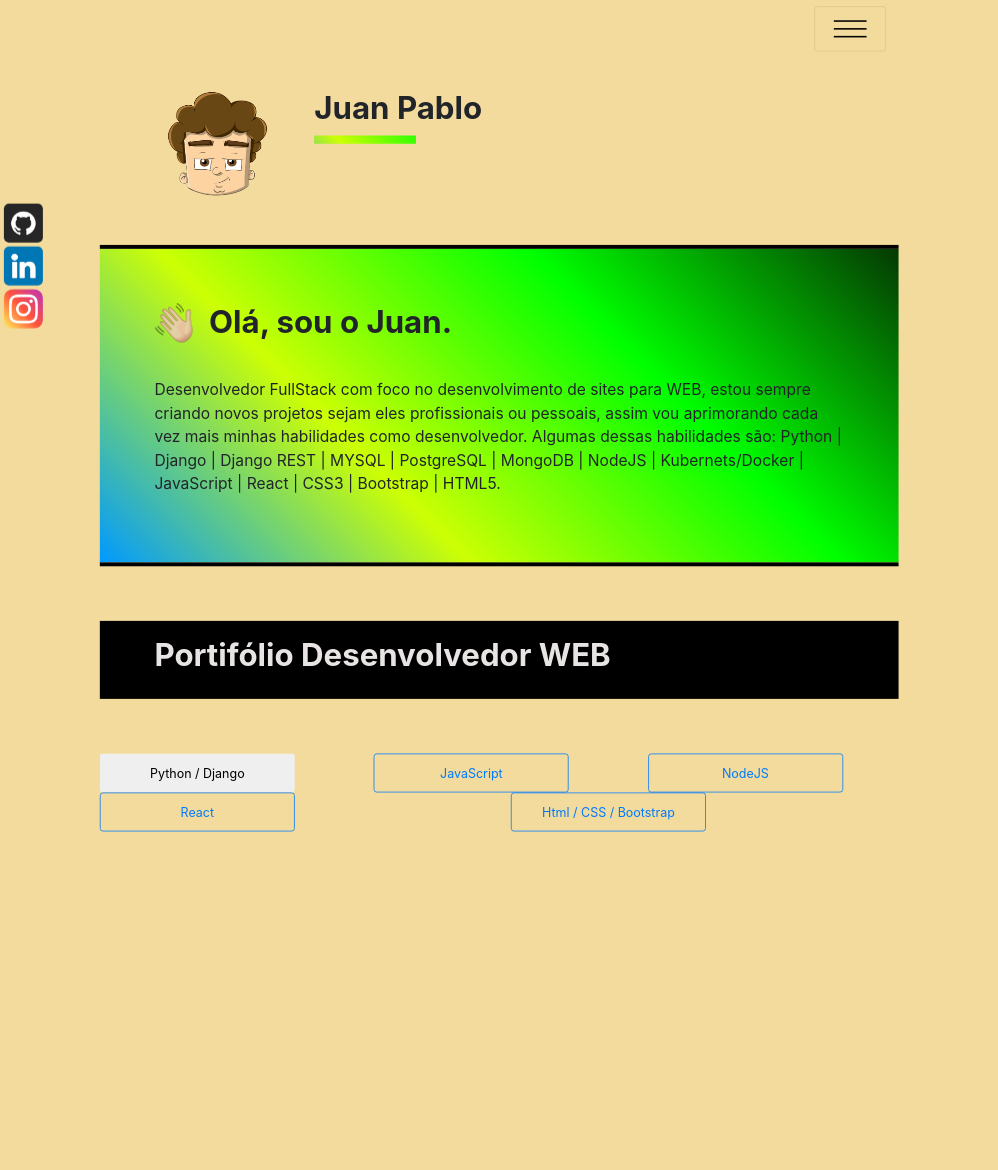
Repository: JuanPabloDS/portifolio
Page: http://localhost/
These files come from the project's save history. The page is drawn as it stood at one moment and after the next save; the edit follows.
The browser window is 1280 px wide. The pictures show the whole page, at 78% of full size.
The page is served by the project's application, run on Django 4.2 (manage.py). Other server files are loaded and not shown.

Above is the page before, as saved 2023-02-23 11:03:14.

### core/templates/index.html
{% extends 'base.html' %}

{% block content %}

{% include 'perfil.html' %}

{% include 'apresentacao.html' %}

{% include 'developer.html' %}

{% include 'footer.html' %}

{% endblock %}

### core/templates/base.html
{% load static %}
<!DOCTYPE html>
<html lang="pt-br">

    <head>
        <!-- Required meta tags -->
        <meta charset="UTF-8">
        <meta http-equiv="X-UA-Compatible" content="IE=edge">
        <meta name="viewport" content="width=device-width, initial-scale=1.0">
        <title>Portifólio</title>

        <!-- Bootstrap CSS -->
        <link rel="stylesheet" href="{% static 'css/bootstrap.min.css' %}">
        <link rel="stylesheet" href="{% static 'css/style.css' %}">


    </head>

    <body>
        <div class="pos-f-t">
            <nav class="navbar navbar-light menu">
              <button class="navbar-toggler" type="button" data-toggle="collapse" data-target="#navbarToggleExternalContent" aria-controls="navbarToggleExternalContent" aria-expanded="false" aria-label="Toggle navigation">
                <div class="burger"><i></i><i></i><i></i></div>
              </button>
            </nav>
            <div class="collapse" id="navbarToggleExternalContent">
              <div class="bg-dark p-4">
                <div class="menu-itens">
                  <h1>HOME</h1>
                </div>
                <div class="menu-itens">
                  <h1>HOME</h1>
                </div>
                <div class="menu-itens">
                  <h1>HOME</h1>
                </div>
                <div class="menu-itens">
                  <h1>HOME</h1>
                </div>
              </div>
            </div>
          </div>
{% block content %}
{% endblock %}

### core/templates/perfil.html
{% load static %}
<div class="perfil">
    <img src="{% static '/img/perfil/eu.png' %}" alt="">
    <div class="borda">
        <h1>Juan Pablo</h1>
    </div>
</div>

### core/templates/apresentacao.html
{% load static %}
<div class="apresentacao">
    <div class="texto">
        <div>
            <img src="{% static '/img/icons/acenar.png' %}" alt="">
            <h1>Olá, sou o Juan.</h1>
        </div>
        <div class="paragrafo">
            <p>Desenvolvedor FullStack com foco no desenvolvimento de sites para WEB, estou sempre criando
            novos projetos sejam eles profissionais ou pessoais, assim vou aprimorando cada vez
            mais minhas habilidades como desenvolvedor. Algumas dessas habilidades são:
            Python | Django | Django REST | MYSQL | PostgreSQL | MongoDB | NodeJS | Kubernets/Docker |
            JavaScript | React | CSS3 | Bootstrap | HTML5.   </p>
        </div>
    </div>
    <div class="icons">
        <img src="{% static '/img/icons/github.png' %}" alt="">
        <img src="{% static '/img/icons/linkedin.png' %}" alt="">
        <img src="{% static '/img/icons/instagram.png' %}" alt="">
    </div>
</div>

### core/templates/developer.html
{% load static %}
<div class="dev">
    <div class="dev-1">
        <h1>Portifólio Desenvolvedor WEB</h1>
    </div>
    <div class="dev-menu row">
        <div class="col-sm">
            <button type="button" class="btn but">Python / Django</button>
        </div>
        <div class="col-sm">
            <button type="button" class="btn btn-outline-primary">JavaScript</button>
        </div>
        <div class="col-sm">
            <button type="button" class="btn btn-outline-primary">NodeJS</button>
        </div>
        <div class="col-sm">
            <button type="button" class="btn btn-outline-primary">React</button>
        </div>
        <div class="col-sm">
            <button type="button" class="btn btn-outline-primary">Html / CSS / Bootstrap</button>
        </div>
    </div>
</div>

### core/templates/footer.html
{% load static %}
<!-- jQuery first, then Tether, then Bootstrap JS. -->
<script src="{% static 'js/jquery.js' %}"></script>
<script src="{% static 'js/bootstrap.js' %}" ></script>
<script src="{% static 'js/bootstrap.min.js' %}" ></script>
<script src="{% static 'js/bootstrap.bundle.js' %}" ></script>
<script src="{% static 'js/bootstrap.bundle.min.js' %}" ></script>
</body>
</html>

### core/views.py
from django.views.generic import TemplateView

class IndexView(TemplateView):
    template_name: str = 'index.html'

### portifolio/urls.py
"""portifolio URL Configuration

The `urlpatterns` list routes URLs to views. For more information please see:
    https://docs.djangoproject.com/en/4.1/topics/http/urls/
Examples:
Function views
    1. Add an import:  from my_app import views
    2. Add a URL to urlpatterns:  path('', views.home, name='home')
Class-based views
    1. Add an import:  from other_app.views import Home
    2. Add a URL to urlpatterns:  path('', Home.as_view(), name='home')
Including another URLconf
    1. Import the include() function: from django.urls import include, path
    2. Add a URL to urlpatterns:  path('blog/', include('blog.urls'))
"""
from django.contrib import admin
from django.urls import path, include

from django.conf.urls.static import static
from django.conf import settings

urlpatterns = [
    path('admin/', admin.site.urls),
    path('', include('core.urls')),
] + static(settings.MEDIA_URL, document_root=settings.MEDIA_ROOT)

### core/urls.py
from django.urls import path
from .views import IndexView

urlpatterns = [
    path('', IndexView.as_view(), name='index')
]

### core/static/css/style.css
/*! Menu inicial */

body{
    width: 80%;
    margin: auto;
    height: 1500px;
    background-color: #f2db9c;
}

@media screen and (max-width: 600px) {
    body{
        width: 100%;
        margin: auto;
    }

}

.burger {

    z-index: 9998;
    cursor: pointer;
    padding: 5px 4px;
    background-color: transparent;
}

.burger i {
    display: block;
    width: 42px;
    height: 2px;
    margin: 8px;
    background-color: black;
}

.burger:active,
.burger:focus {
 outline-color:0;
 outline-style:none;
 outline-width:0
}
.burger i {
 display:block;
 width:42px;
 height:2px;
 margin:8px;
 background-color:black
}

.burger i:nth-child(n) {
 -moz-transition:-moz-transform .45s cubic-bezier(.43,.77,.15,1.5),background .3s ease;
 -o-transition:-o-transform .45s cubic-bezier(.43,.77,.15,1.5),background .3s ease;
 -webkit-transition:-webkit-transform .45s cubic-bezier(.43,.77,.15,1.5),background .3s ease;
 transition:transform .45s cubic-bezier(.43,.77,.15,1.5),background .3s ease
}
.burger.hover i:nth-child(1) {
 -moz-transform:translate3d(0,-4px,0);
 -ms-transform:translate3d(0,-4px,0);
 -webkit-transform:translate3d(0,-4px,0);
 transform:translate3d(0,-4px,0)
}
.burger.hover i:nth-child(3) {
 -moz-transform:translate3d(0,4px,0);
 -ms-transform:translate3d(0,4px,0);
 -webkit-transform:translate3d(0,4px,0);
 transform:translate3d(0,4px,0)
}
.burger.st-1 {
 animation:rotate-back-in .8s cubic-bezier(.2,.86,.35,1) forwards;
 -webkit-animation:rotate-back-in .8s cubic-bezier(.2,.86,.35,1) forwards
}
.burger.st-1 i:nth-child(1) {
 -moz-transform:translate3d(0,9px,0);
 -ms-transform:translate3d(0,9px,0);
 -webkit-transform:translate3d(0,9px,0);
 transform:translate3d(0,9px,0)
}
.burger.st-1 i:nth-child(3) {
 -moz-transform:translate3d(0,-9px,0);
 -ms-transform:translate3d(0,-9px,0);
 -webkit-transform:translate3d(0,-9px,0);
 transform:translate3d(0,-9px,0)
}
.burger.st-2 {
 animation:rotate-back-out .85s cubic-bezier(.2,.86,.35,1) forwards;
 -webkit-animation:rotate-back-out .85s cubic-bezier(.2,.86,.35,1) forwards
}
.burger.st-2 i:nth-child(1) {
 -moz-transform:translate3d(0,10px,0) rotate(45deg) scale(1.5);
 -ms-transform:translate3d(0,10px,0) rotate(45deg) scale(1.5);
 -webkit-transform:translate3d(0,10px,0) rotate(45deg) scale(1.5);
 transform:translate3d(0,10px,0) rotate(45deg) scale(1.5)
}
.burger.st-2 i:nth-child(2) {
 opacity:0
}
.burger.st-2 i:nth-child(3) {
 -moz-transform:translate3d(0,-10px,0) rotate(-45deg) scale(1.5);
 -ms-transform:translate3d(0,-10px,0) rotate(-45deg) scale(1.5);
 -webkit-transform:translate3d(0,-10px,0) rotate(-45deg) scale(1.5);
 transform:translate3d(0,-10px,0) rotate(-45deg) scale(1.5)
}
.burger.st-2.hover i:nth-child(1) {
 -moz-transform:translate3d(0,10px,0) rotate(50deg) scale(1.5);
 -ms-transform:translate3d(0,10px,0) rotate(50deg) scale(1.5);
 -webkit-transform:translate3d(0,10px,0) rotate(50deg) scale(1.5);
 transform:translate3d(0,10px,0) rotate(50deg) scale(1.5)
}
.burger.st-2.hover i:nth-child(3) {
 -moz-transform:translate3d(0,-10px,0) rotate(-50deg) scale(1.5);
 -ms-transform:translate3d(0,-10px,0) rotate(-50deg) scale(1.5);
 -webkit-transform:translate3d(0,-10px,0) rotate(-50deg) scale(1.5);
 transform:translate3d(0,-10px,0) rotate(-50deg) scale(1.5)
}

.menu{
    height: 20%;
    background-color: #f2db9c;
    color: black;
}

.menu button{
    position: relative;
    right: inherit;
    float: right;
    margin-left: auto;
    color: black;
}

.menu span {
    color: black;
}



.menu-itens {
    height: 80px;
    background-color: blue;
    text-align: center;
    padding-top: 13px;
    margin-bottom: 10px;
    font-size: 50%;
}

@media screen and (max-width: 600px){
    .menu button{
        position: relative;
        padding-top: 0;
        right: inherit;
        padding-right: 0;
        padding-left: 5px;
        padding-bottom: 0;
        width: 60px;
        height: 50px;
    }

    .menu-itens {
        height: 30px;
        background-color: blue;
    }

    .menu-itens h1 {
        font-size: 150%;
        line-height: 0.2;
    }

    .burger i {
        width:25px;
        height:2px;
       }
}

/*! Fim Menu inicial */

/*! Perfil */

.perfil{
    padding-top: 40px;
    padding-left: 80px;
    margin-bottom: 200px;
}

.perfil img {
    width: 140px;
    height: 140px;
    float: left;
}

.perfil h1 {
    margin-left: 50px;
    position: absolute;
    font-weight: bold;


}
.borda{
    position: relative;
    padding-left: 145px;
}

.borda::before, .borda::after{
    content: '';
    position: absolute;
    z-index: -1;
    width: calc(130px);
    height: calc(10px);
    top: 60px;
    background: linear-gradient(45deg, #0099ff, #cdff04, #00ff00, #043903 );
    margin-left: 50px;
    background-size: 300%;
    animation: AnimarBorda 8s linear infinite;

}

@keyframes AnimarBorda {
    0% {
        background-position: 0;
    }
    100% {
        background-position: 300%;
    }
}

@media screen and (max-width: 900px) {
    .perfil {
        padding-left: 20px;
        margin-bottom: 100px;

    }
    .perfil img {
        width: 60px;
        height: 60px;
    }
    .perfil h1 {
        font-size: 30px;
    }

    .borda{
        padding-left: 30px;
    }

    .borda::before, .borda::after{
        margin-left: 20px;
        top: 40px;

    }

}

/*! Fim Perfil */

/*! Apresentaçao */

.apresentacao{
    background-color: #f2e5c0;
    padding: 70px;
    position: relative;
    border-bottom: 5px solid black;
    border-top: 5px solid black;
    background: linear-gradient(45deg,#0099ff, #cdff04, #00ff00, #043903
    );
    animation-name: ring;
    animation-duration: 1000ms;
    animation-timing-function: linear;
    animation-iteration-count: infinite;
    display: flex;
    justify-content: center;
    align-items: center;

@keyframes ring {
    0%{
        tranform:rotate(-360deg)
    }
}

}

.texto {
    display: flex;
    flex-direction: column ;
    flex-wrap: wrap;
}

.texto h1 {
    margin-left: 20px;
    font-weight: bold;
    float: left;
    align-self: stretch;
}

.texto img {
    width: 50px;
    height: 50px;
    float: left;
}

.paragrafo p {
    margin-top: 40px;
    font-size: 20px;
}

.icons{
    position: fixed;
    padding-bottom: 23%;
    padding-left: 5px;
    bottom: 0;
    left: 0;
    width: 50px;
}

.icons img{
    width: 50px;
    height: 50px;
    margin-bottom: 5px;
}

@media screen and (max-width: 900px) {
    .icons{
        width: 20px;
    }

    .icons img{
        width: 20px;
        height: 20px;
        margin-bottom: 5px;
    }

    .texto h1 {
        font-size: 20px;
    }

    .texto img {
        width: 25px;
        height: 25px;
    }

    .paragrafo p {
        margin-top: 20px;
        font-size: 15px;
    }

}

/*! Fim Apresetação */

/*! Developer */

.dev-1 {
    margin-top: 70px;
    height: 100px;
    background-color: black;
    padding-top: 20px;
    padding-left: 70px;
}

.dev-1 h1 {
    color: rgb(232, 228, 228);
    font-weight: bold;

}

.dev-menu {
    margin-top: 70px;
    display: flex;
    flex-direction: row ;
    flex-wrap: wrap;
}

.dev-menu button {
    width: 250px;
    height: 50px;
}

Loaded but not shown: core/static/css/bootstrap.min.css (library); core/static/js/jquery.js (library); core/static/js/bootstrap.js (library); core/static/js/bootstrap.min.js (library); core/static/js/bootstrap.bundle.js (library); core/static/js/bootstrap.bundle.min.js (library)

After the next save:
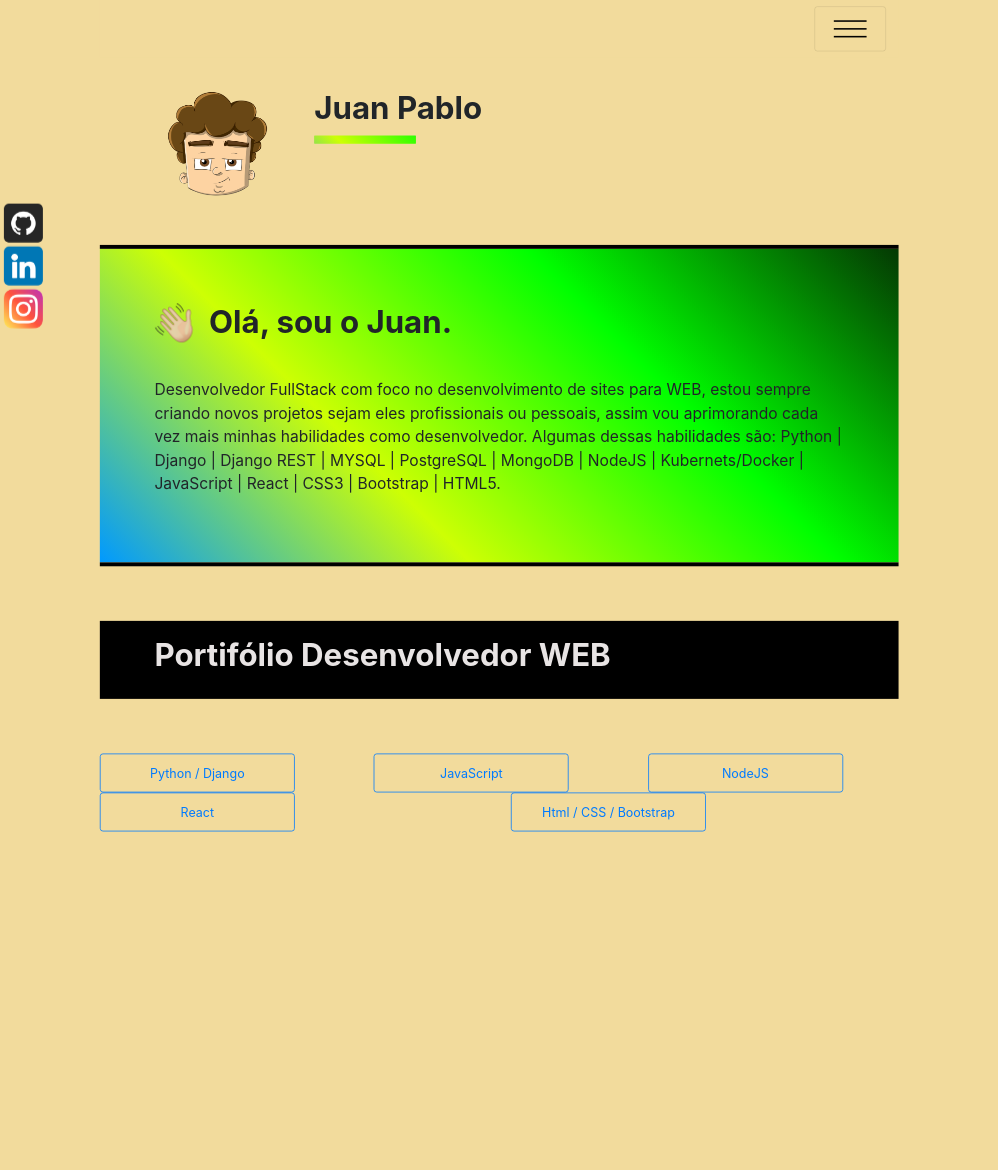
Saved 15 s later.
--- a/core/templates/developer.html
+++ b/core/templates/developer.html
@@ -5,7 +5,7 @@
     </div>
     <div class="dev-menu row">
         <div class="col-sm">
-            <button type="button" class="btn but">Python / Django</button>
+            <button type="button" class="btn btn-outline-primary but">Python / Django</button>
         </div>
         <div class="col-sm">
             <button type="button" class="btn btn-outline-primary">JavaScript</button>
